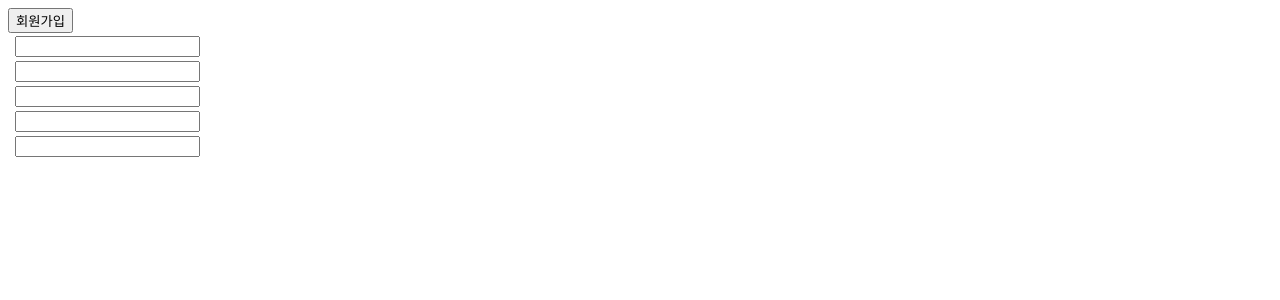
Repository: lch901/HelloWorld
Page: http://localhost/2020_shop/join.jsp
The author's editor kept a copy of each file at every save. The page is drawn from the files as they stood at one save, then again after the next save.
The browser window is 1280 px wide. The pictures show the whole page.
The page is served by Tomcat 9. Other server files are loaded and not shown.

Above is the page before, as saved 2020-08-25 12:28:38.

### 2020_shop/WebContent/join.jsp
<%@ page language="java" contentType="text/html; charset=UTF-8"
    pageEncoding="UTF-8"%>
<!DOCTYPE html>
<html>
<head>
<meta charset="UTF-8">
<title>Insert title here</title>
</head>
<body>
	<div class="main">
		<form action="join" method="post">
			<table>
				<tr>
					<td></td>
					<td><input type="text" name="id"></td>
				</tr>
				<tr>
					<td></td>
					<td><input type="text" name=""></td>
				</tr>
				<tr>
					<td></td>
					<td><input type="text" name=""></td>
				</tr>
				<tr>
					<td></td>
					<td><input type="text" name=""></td>
				</tr>
				<tr>
					<td></td>
					<td><input type="text" name=""></td>
				</tr>
				<tr>
					<input type="submit" value="회원가입">
				</tr>
			</table>
		</form>
	</div>
</body>
</html>

After the next save:
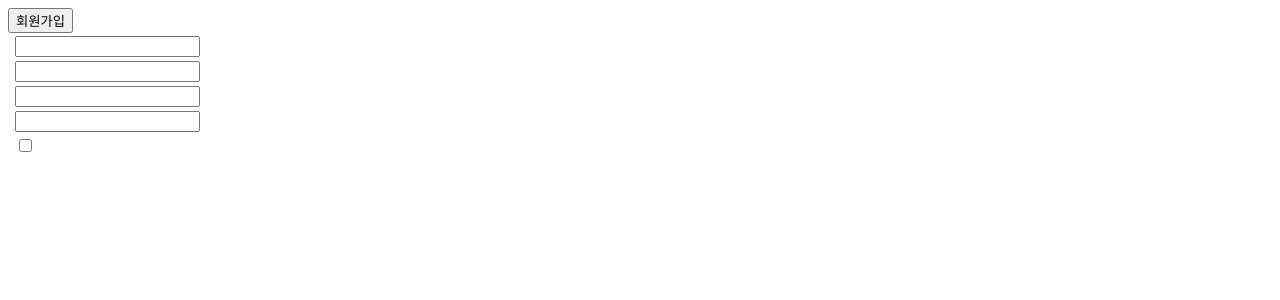
Saved 42 s later.
--- a/2020_shop/WebContent/join.jsp
+++ b/2020_shop/WebContent/join.jsp
@@ -12,23 +12,23 @@
 			<table>
 				<tr>
 					<td></td>
-					<td><input type="text" name="id"></td>
+					<td><input type="text" name="i_member"></td>
 				</tr>
 				<tr>
 					<td></td>
-					<td><input type="text" name=""></td>
+					<td><input type="text" name="mid"></td>
 				</tr>
 				<tr>
 					<td></td>
-					<td><input type="text" name=""></td>
+					<td><input type="text" name="mpw"></td>
 				</tr>
 				<tr>
 					<td></td>
-					<td><input type="text" name=""></td>
+					<td><input type="text" name="nm"></td>
 				</tr>
 				<tr>
 					<td></td>
-					<td><input type="text" name=""></td>
+					<td><input type="checkbox" name="sex"></td>
 				</tr>
 				<tr>
 					<input type="submit" value="회원가입">
